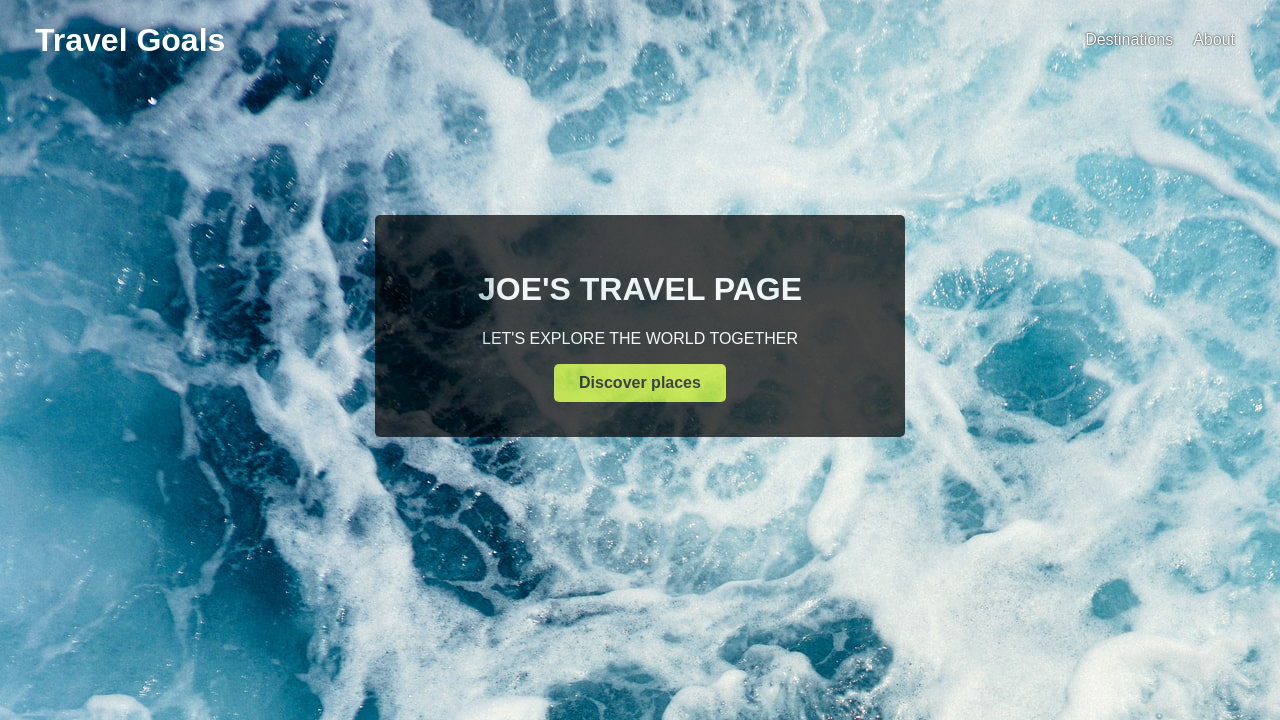
Repository: Harjot00/Wevdev
Page: Travel/index.html
An editor plug-in stored every save of this project. The page is shown before and after the next save, followed by the edit.
The browser window is 1280 px wide. The pictures show the whole page.

Above is the page before, as saved 2022-05-07 02:37:22.

After the next save:
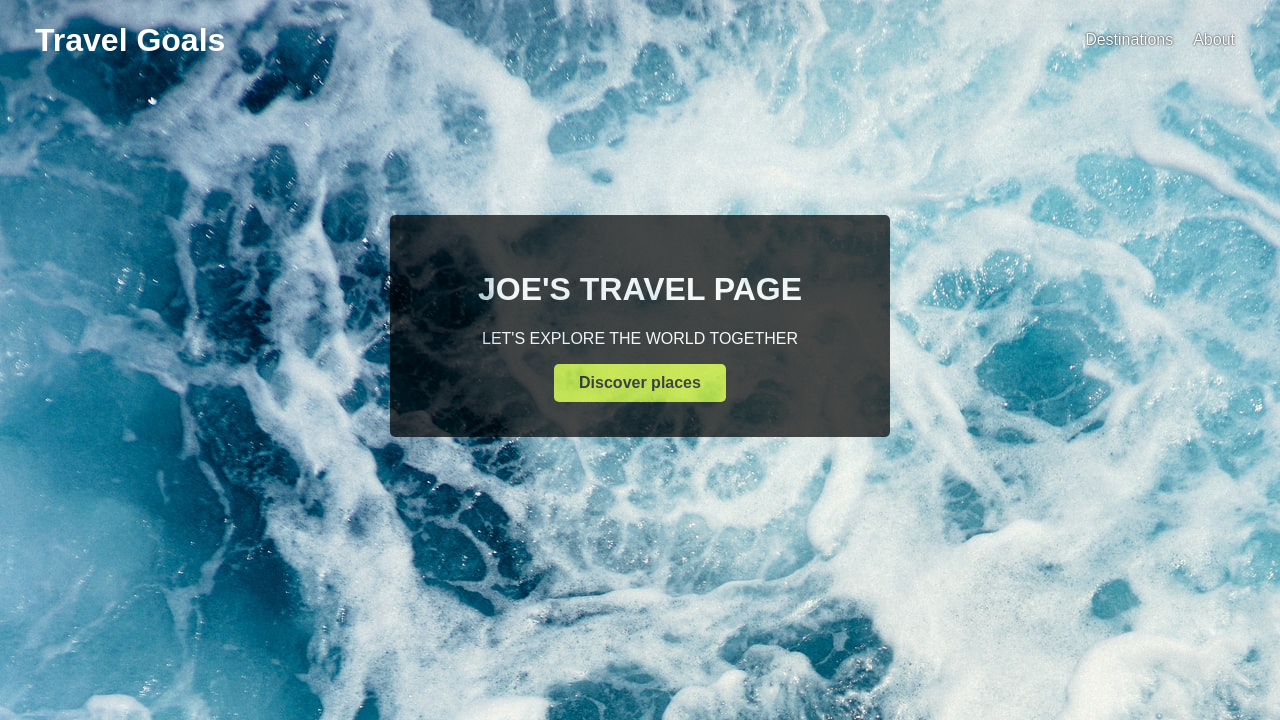
Saved 11 s later.
--- a/Travel/style.css
+++ b/Travel/style.css
@@ -33,7 +33,7 @@
     text-shadow: black 0px 0px 2px;
 }
 #centercontent{
-    padding:35px 15px 35px 15px;
+    padding:35px 0px 35px 0px;
     text-align: center;
     margin:150px auto;
     background-color:black ;
